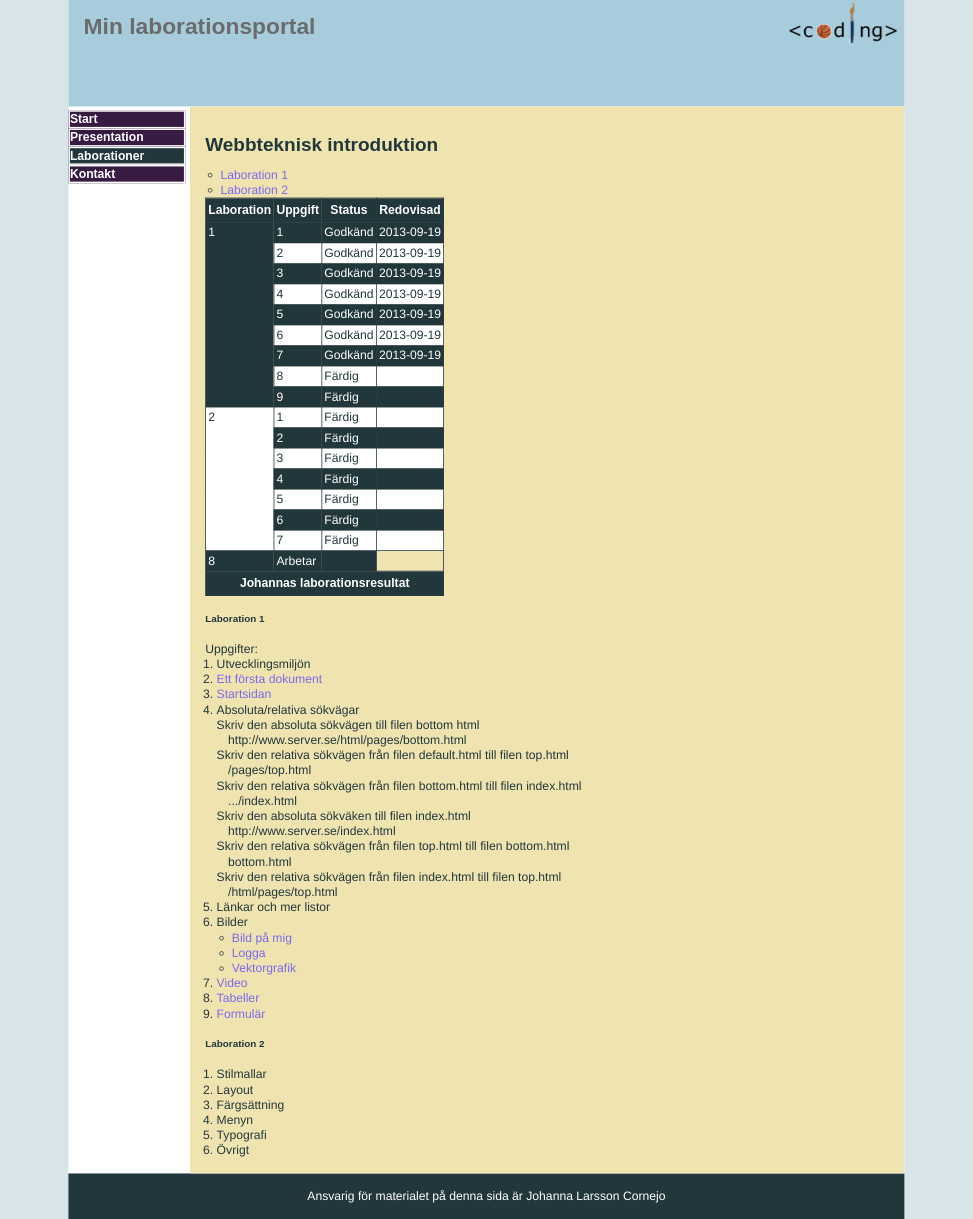
Repository: jc222fi/1ik415-laborationer
Page: pages/laborationer.html
The author's editor kept a record of every edit. The page is drawn from the files as they stood at one moment, then again after the next edit.
The browser window is 1280 px wide. The pictures show the whole page, at 76% of full size.

Above is the page before.

After the next edit:
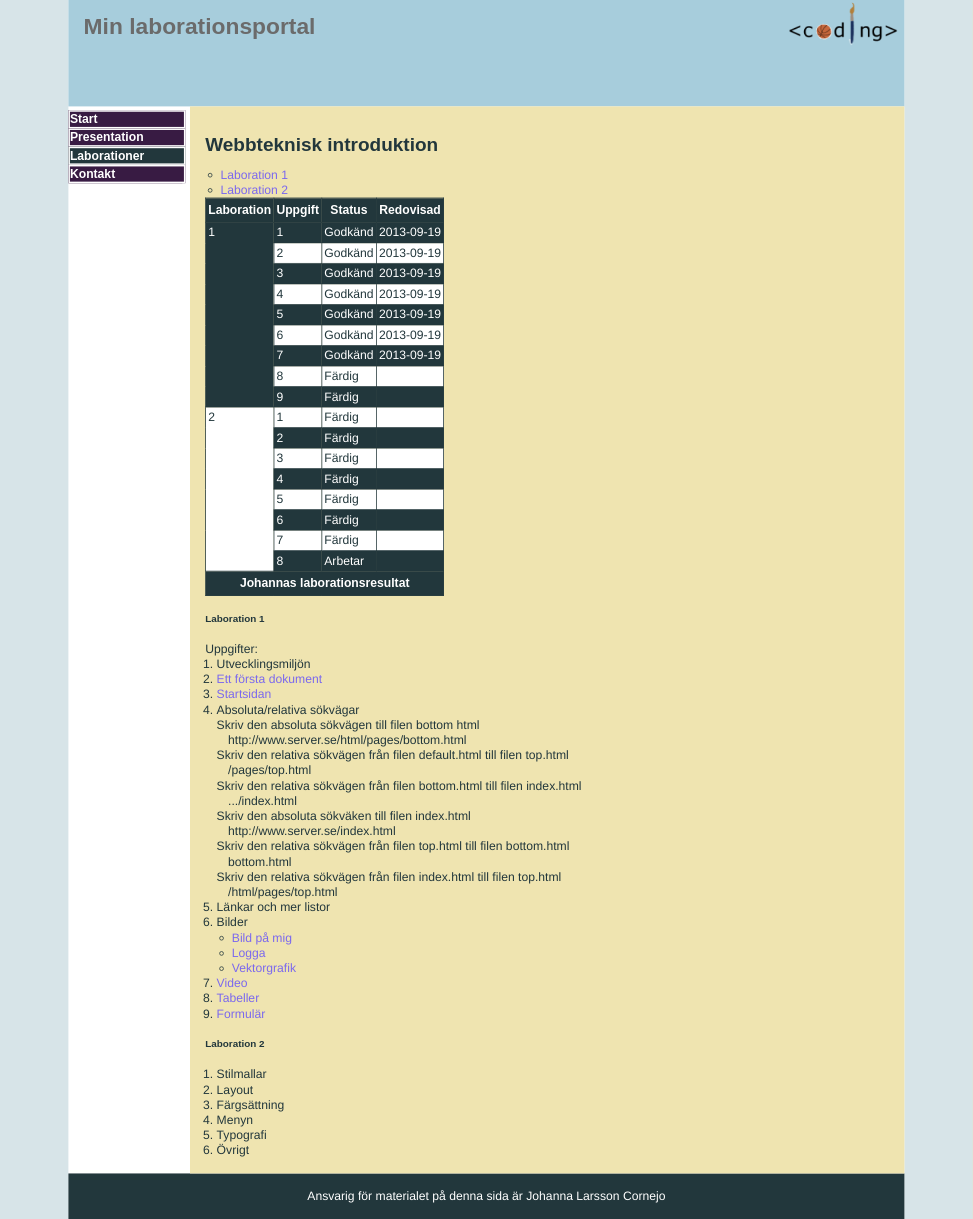
The edit:
--- a/pages/laborationer.html
+++ b/pages/laborationer.html
@@ -86,7 +86,7 @@
                     <td></td>
                 </tr>
                 <tr>
-                    <td rowspan="7">2</td>
+                    <td rowspan="8">2</td>
                     <td>1</td>
                     <td>Färdig</td>
                     <td></td>
